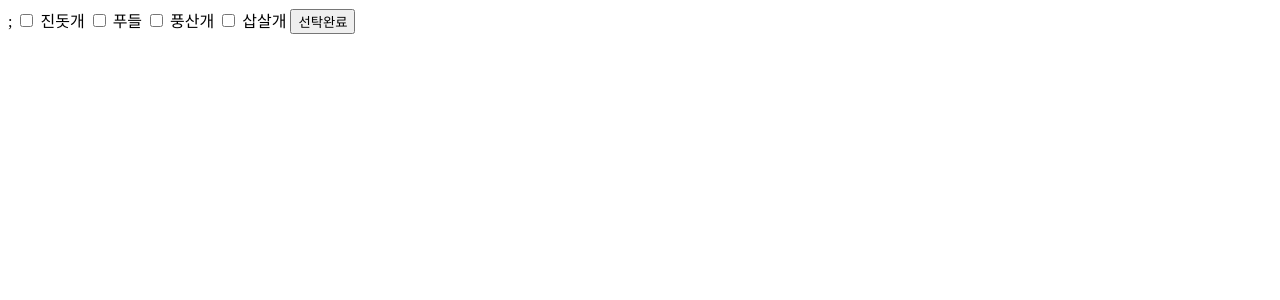
Repository: gitgw016/jsp
Page: 03_servlet_multi_param/src/main/webapp/choiceDog.html
The author's editor kept a copy of each file at every save. The page is drawn from the files as they stood at one save, then again after the next save.
The browser window is 1280 px wide. The pictures show the whole page.

Above is the page before, as saved 2021-12-07 04:55:32.

After the next save:
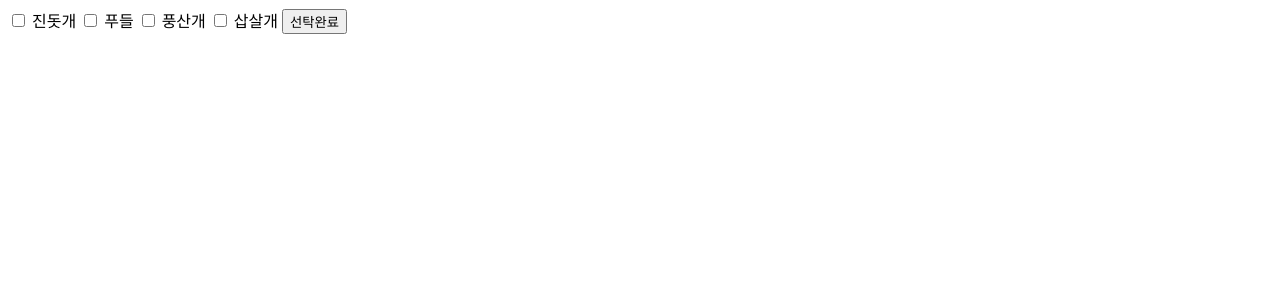
Saved 117 s later.
--- a/03_servlet_multi_param/src/main/webapp/choiceDog.html
+++ b/03_servlet_multi_param/src/main/webapp/choiceDog.html
@@ -5,7 +5,7 @@
 <title>choiceDog.html</title>
 </head>
 <body>
-	<form action="choiceDog" method="POST">;
+	<form action="choiceDog" method="POST">
 	<label>
 		<input type="checkbox" name="dog" value="jin.jpg"/>
 		진돗개
